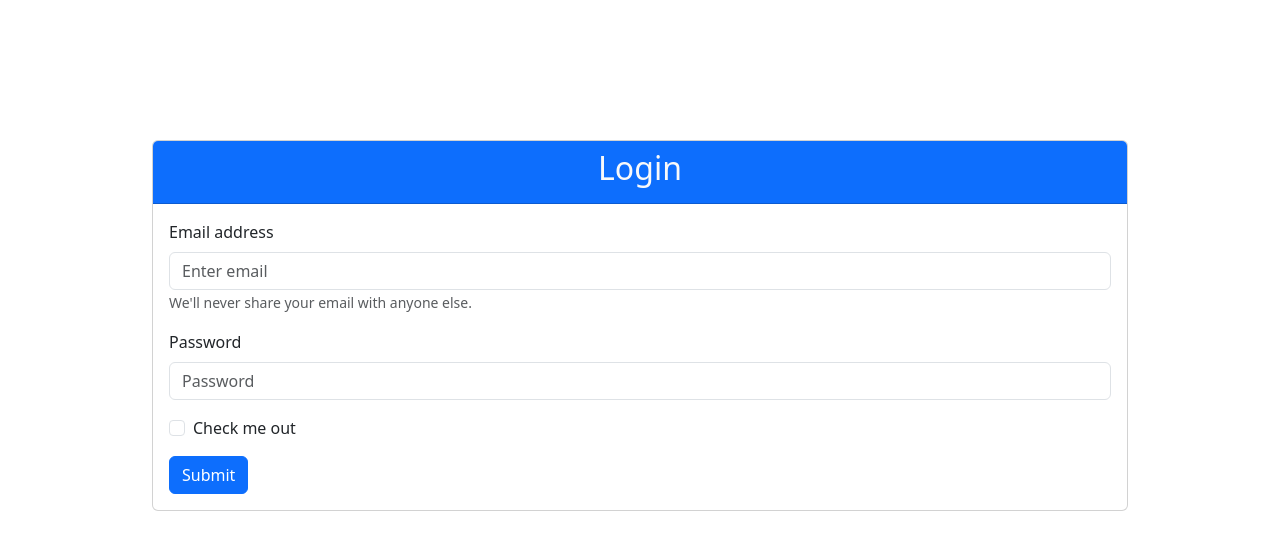
Repository: trider/react-task-app
Page: /
These files come from the project's save history. The page is drawn as it stood at one moment and after the next save; the edit follows.
The browser window is 1280 px wide. The pictures show the whole page.
The project was rebuilt for these pictures with package versions that can differ from the ones it lists, and the page was loaded fresh each time.

Above is the page before, as saved 2024-05-02 16:06:43.

After the next save:
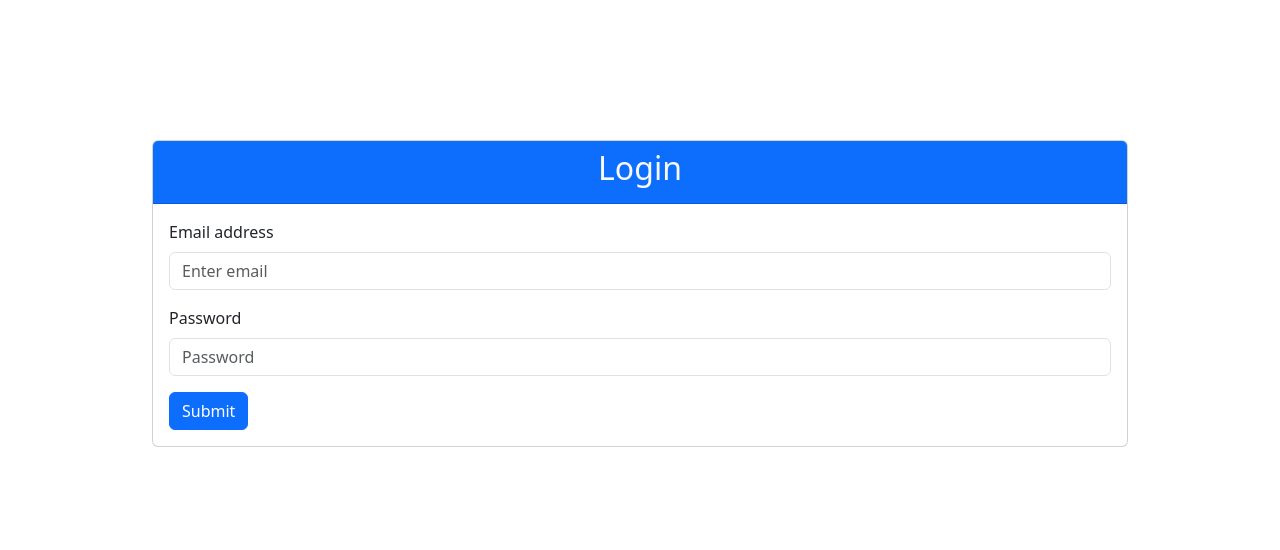
Saved 23 s later.
--- a/src/pages/Login.js
+++ b/src/pages/Login.js
@@ -18,18 +18,13 @@ const LoginForm =()=> {
       <Form.Group className="mb-3" controlId="formBasicEmail">
         <Form.Label>Email address</Form.Label>
         <Form.Control type="email" placeholder="Enter email" />
-        <Form.Text className="text-muted">
-          We'll never share your email with anyone else.
-        </Form.Text>
       </Form.Group>
 
       <Form.Group className="mb-3" controlId="formBasicPassword">
         <Form.Label>Password</Form.Label>
         <Form.Control type="password" placeholder="Password" />
       </Form.Group>
-      <Form.Group className="mb-3" controlId="formBasicCheckbox">
-        <Form.Check type="checkbox" label="Check me out" />
-      </Form.Group>
+
       <Button variant="primary" type="submit">
         Submit
       </Button>
